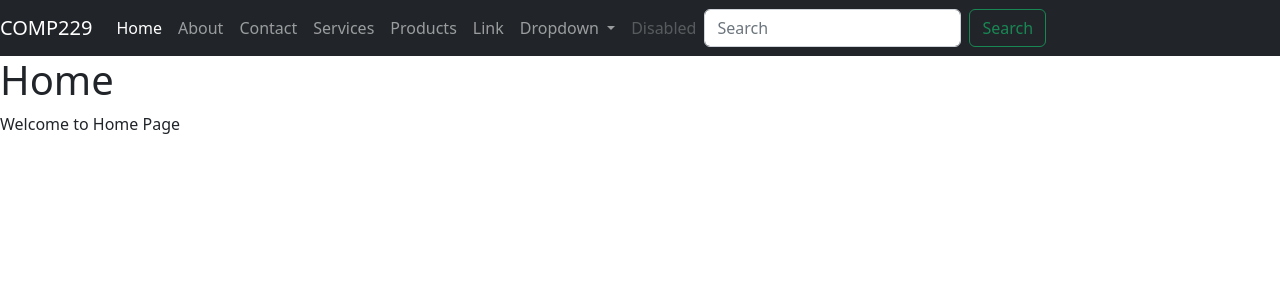
Repository: kaletejas/COMP229_Portfolio
Page: http://localhost/
These files come from the project's save history. The page is drawn as it stood at one moment and after the next save; the edit follows.
The browser window is 1280 px wide. The pictures show the whole page.
The page is served by the project's Node server (server.js).

Above is the page before, as saved 2023-01-25 20:56:14.

After the next save:
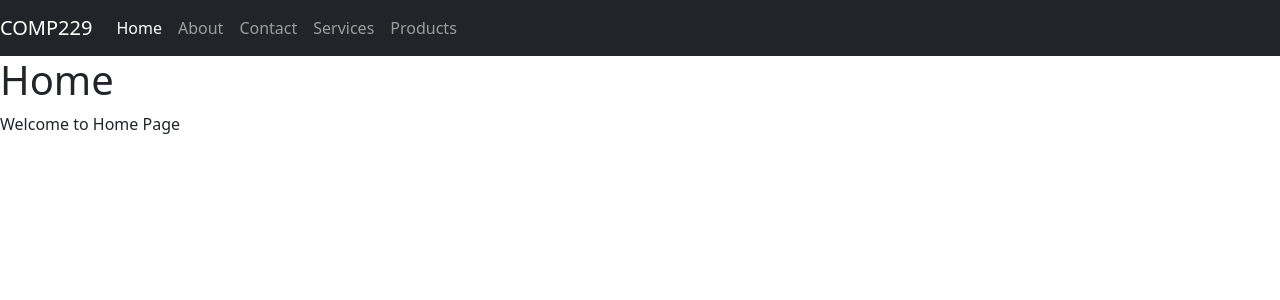
Saved 2 min 9 s later.
--- a/WEEK3/views/index.ejs
+++ b/WEEK3/views/index.ejs
@@ -36,28 +36,7 @@
         <li class="nav-item active">
           <a class="nav-link" href="/products">Products</a>
         </li>
-        <li class="nav-item">
-          <a class="nav-link" href="#">Link</a>
-        </li>
-        <li class="nav-item dropdown">
-          <a class="nav-link dropdown-toggle" href="#" role="button" data-bs-toggle="dropdown" aria-expanded="false">
-            Dropdown
-          </a>
-          <ul class="dropdown-menu">
-            <li><a class="dropdown-item" href="#">Action</a></li>
-            <li><a class="dropdown-item" href="#">Another action</a></li>
-            <li><hr class="dropdown-divider"></li>
-            <li><a class="dropdown-item" href="#">Something else here</a></li>
-          </ul>
-        </li>
-        <li class="nav-item">
-          <a class="nav-link disabled">Disabled</a>
-        </li>
-      </ul>
-      <form class="d-flex" role="search">
-        <input class="form-control me-2" type="search" placeholder="Search" aria-label="Search">
-        <button class="btn btn-outline-success" type="submit">Search</button>
-      </form>
+
     </div>
   </!--div>
 </nav>

After the save that followed:
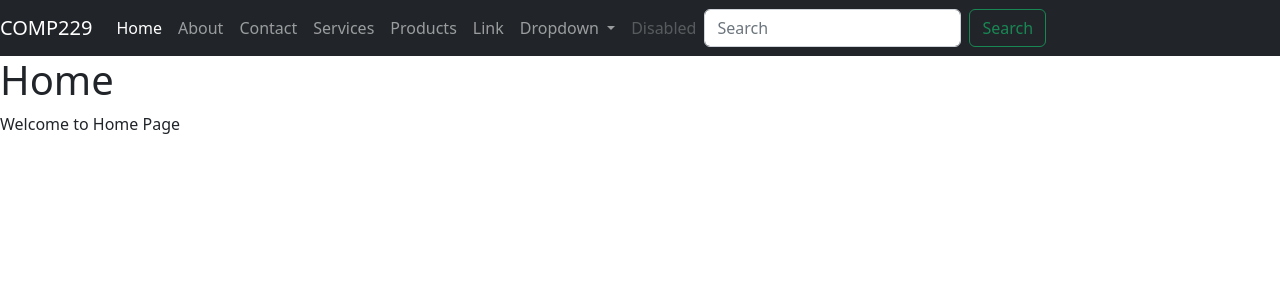
Saved 16 s later.
--- a/WEEK3/views/index.ejs
+++ b/WEEK3/views/index.ejs
@@ -36,7 +36,28 @@
         <li class="nav-item active">
           <a class="nav-link" href="/products">Products</a>
         </li>
-
+        <li class="nav-item">
+          <a class="nav-link" href="#">Link</a>
+        </li>
+        <li class="nav-item dropdown">
+          <a class="nav-link dropdown-toggle" href="#" role="button" data-bs-toggle="dropdown" aria-expanded="false">
+            Dropdown
+          </a>
+          <ul class="dropdown-menu">
+            <li><a class="dropdown-item" href="#">Action</a></li>
+            <li><a class="dropdown-item" href="#">Another action</a></li>
+            <li><hr class="dropdown-divider"></li>
+            <li><a class="dropdown-item" href="#">Something else here</a></li>
+          </ul>
+        </li>
+        <li class="nav-item">
+          <a class="nav-link disabled">Disabled</a>
+        </li>
+      </ul>
+      <form class="d-flex" role="search">
+        <input class="form-control me-2" type="search" placeholder="Search" aria-label="Search">
+        <button class="btn btn-outline-success" type="submit">Search</button>
+      </form>
     </div>
   </!--div>
 </nav>
